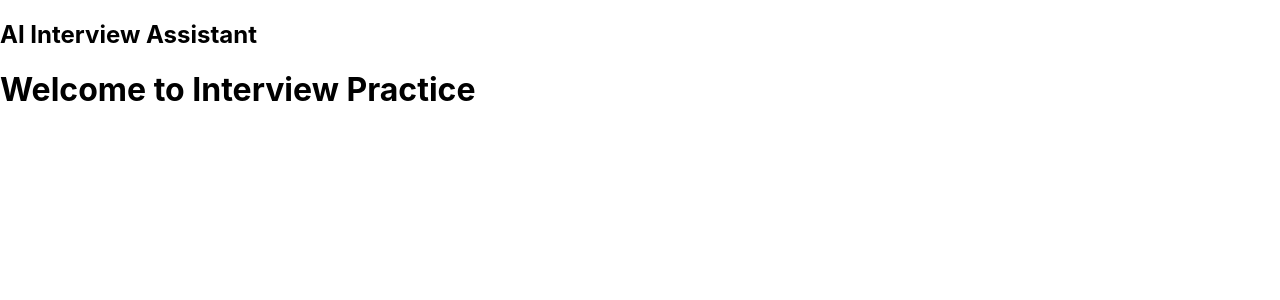
Repository: Atharva-1512/ai-interview-assistant
Page: / (app in frontend/)
These files come from the project's save history. The page is drawn as it stood at one moment and after the next save; the edit follows.
The browser window is 1280 px wide. The pictures show the whole page.
The project was rebuilt for these pictures with package versions that can differ from the ones it lists, and the page was loaded fresh each time.

Above is the page before, as saved 2026-03-04 10:37:40.

### frontend/src/App.js
import Navbar from "./components/Navbar";
import Interview from "./pages/Interview";

function App() {
  return (
    <div>
      <Navbar />
      <h1>Welcome to Interview Practice</h1>
    </div>
  );
}

export default App;

### frontend/src/components/Navbar.js
function Navbar() {
  return (
    <nav>
      <h2>AI Interview Assistant</h2>
    </nav>
  );
}

export default Navbar;

### frontend/src/pages/Interview.js
function Interview() {
  return (
    <div>
      <h2>Interview Page</h2>
    </div>
  );
}

export default Interview;

Loaded but not shown: frontend/public/index.html (common file); frontend/src/index.js (common file); frontend/src/index.css (common file); frontend/src/reportWebVitals.js (common file)

After the next save:
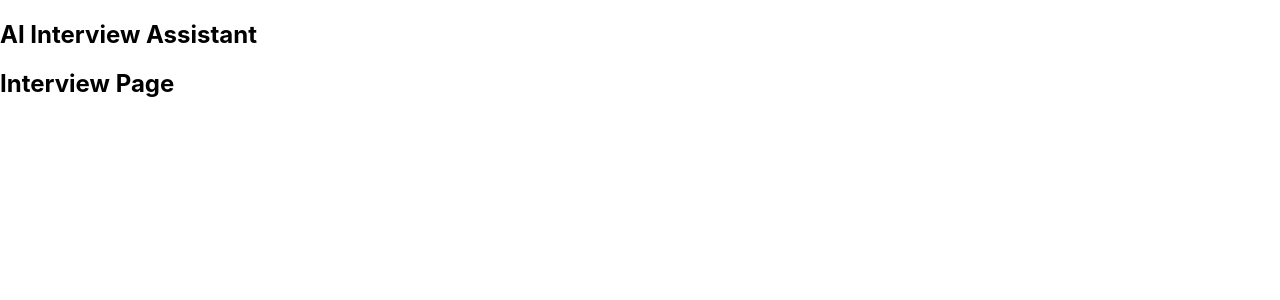
Saved 3 min 6 s later.
--- a/frontend/src/App.js
+++ b/frontend/src/App.js
@@ -5,7 +5,7 @@ function App() {
   return (
     <div>
       <Navbar />
-      <h1>Welcome to Interview Practice</h1>
+      <Interview />
     </div>
   );
 }
